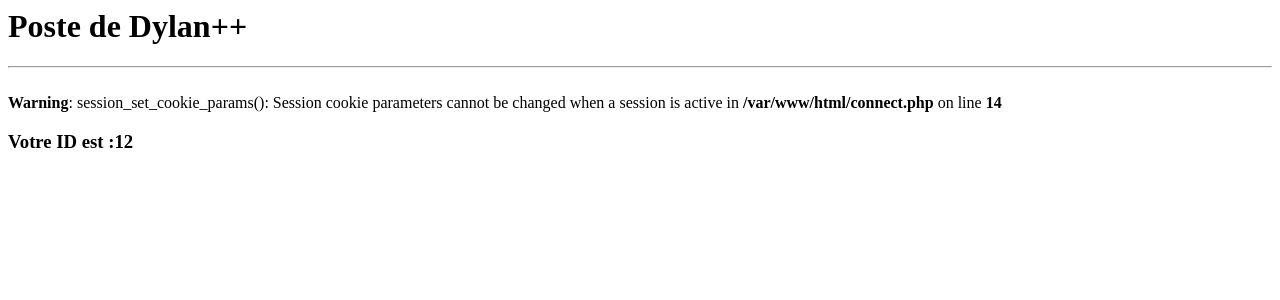
Repository: DylanCahu/cookie
Page: http://localhost/Cookies/connect.php
The author's editor kept a copy of each file at every save. The page is drawn from the files as they stood at one save, then again after the next save.
The browser window is 1280 px wide. The pictures show the whole page.
The page is run by PHP 8.4 with error messages shown; the project is at /var/www/html/.

Above is the page before, as saved 2021-12-13 08:59:24.

After the next save:
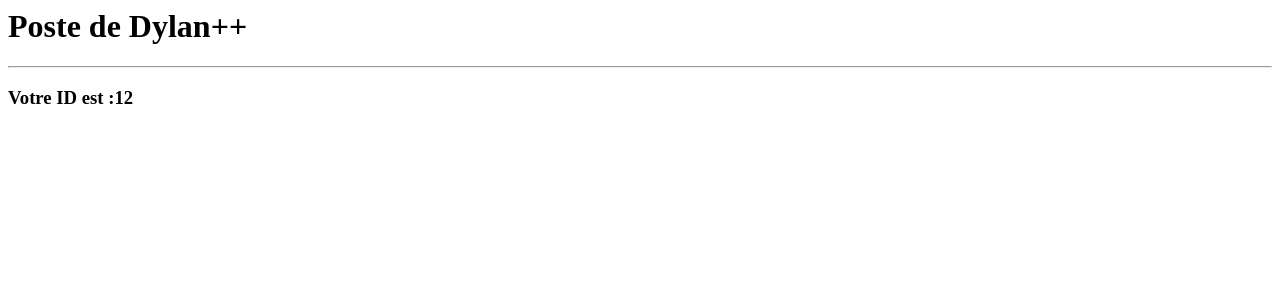
Saved 32 s later.
--- a/connect.php
+++ b/connect.php
@@ -10,8 +10,9 @@
         <hr>
 <?php
 //Permet le croisement des cookies
+session_set_cookie_params(['samesite' => 'None']);
 session_start();
-session_set_cookie_params(['samesite' => 'None']);
+
 
 
 //génération cookie
